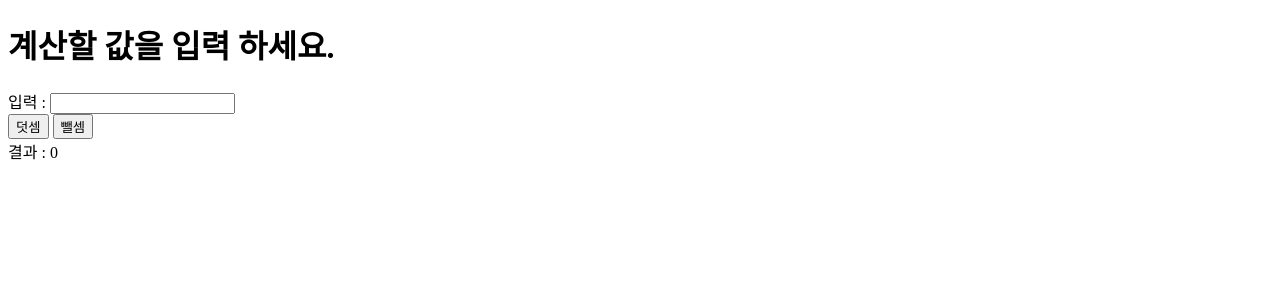
Repository: soyamilk0705/spring-newlecture
Page: ServeltAndJsp/JSPPrj/WebContent/calc2.html
The author's editor kept a copy of each file at every save. The page is drawn from the files as they stood at one save, then again after the next save.
The browser window is 1280 px wide. The pictures show the whole page.

Above is the page before, as saved 2024-01-09 13:15:17.

### ServeltAndJsp/JSPPrj/WebContent/calc2.html
<!DOCTYPE html>
<html>
<head>
<meta charset="UTF-8">
<title>Insert title here</title>
</head>
<body>
	<h1>계산할 값을 입력 하세요.</h1>
	<form action="/calc" method="post">
		<div>
			<label>입력 : </label>
			<input type="text" name="v">
		</div>
		<div>
			<input type="submit" name="operator" value="덧셈">
			<input type="submit" name="operator" value="뺄셈">
		</div>
		<div>
			결과 : 0
		</div>
	</form>
</body>
</html>

After the next save:
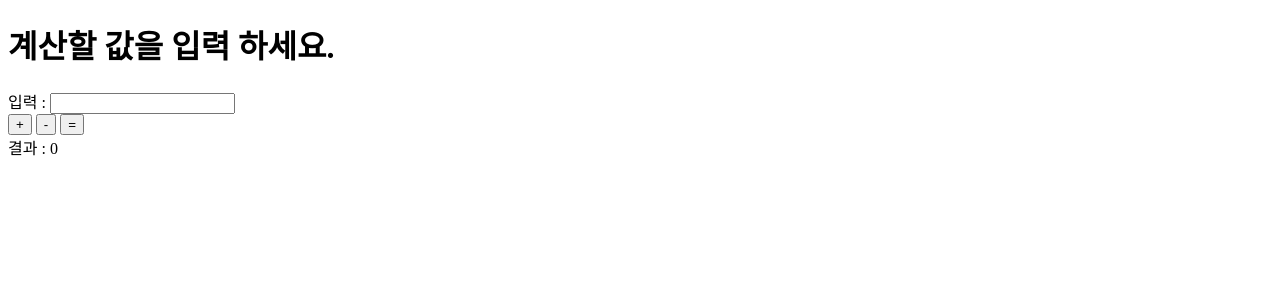
Saved 12 s later.
--- a/ServeltAndJsp/JSPPrj/WebContent/calc2.html
+++ b/ServeltAndJsp/JSPPrj/WebContent/calc2.html
@@ -12,8 +12,9 @@
 			<input type="text" name="v">
 		</div>
 		<div>
-			<input type="submit" name="operator" value="덧셈">
-			<input type="submit" name="operator" value="뺄셈">
+			<input type="submit" name="operator" value="+">
+			<input type="submit" name="operator" value="-">
+			<input type="submit" name="operator" value="=">
 		</div>
 		<div>
 			결과 : 0
